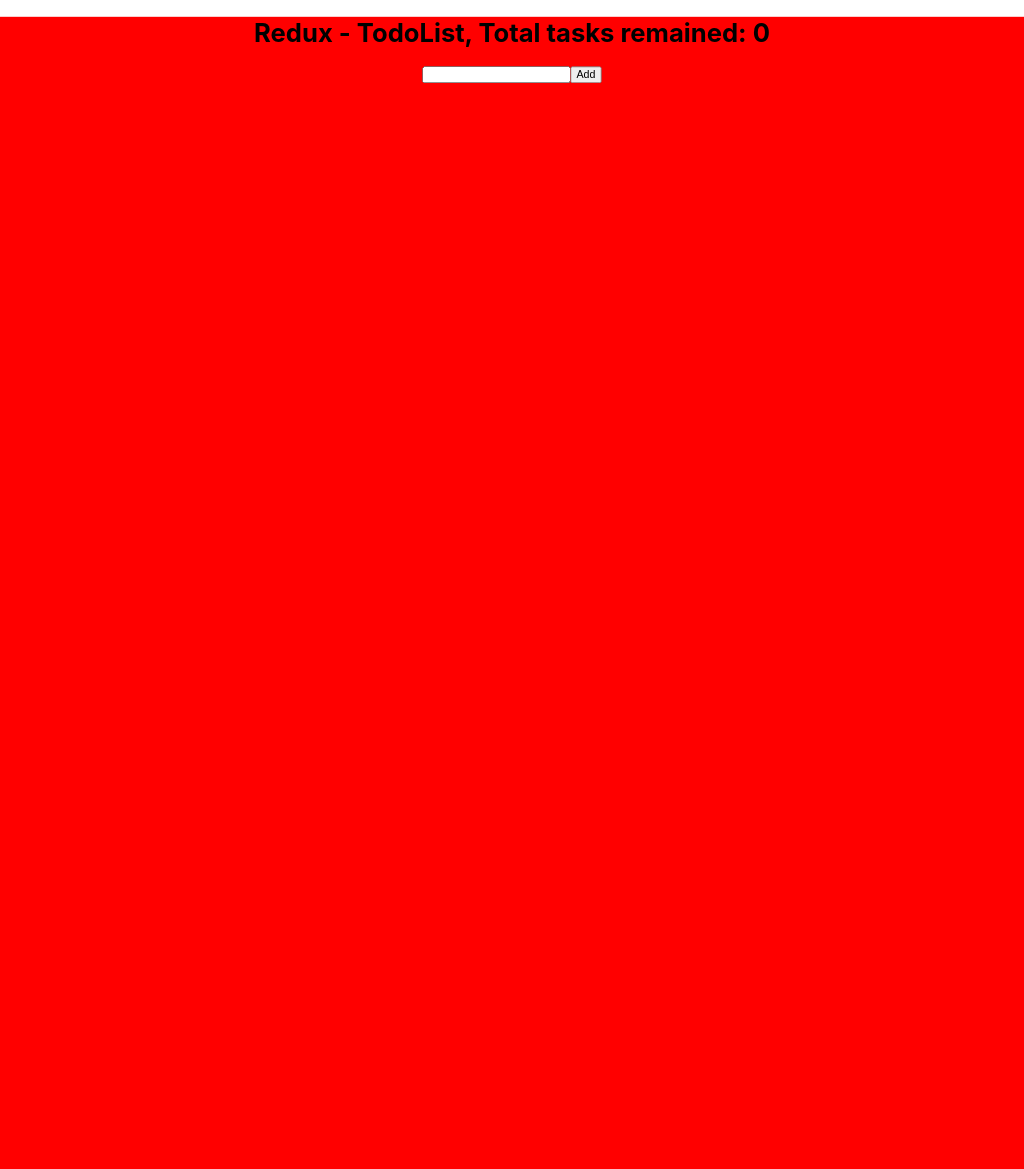
Repository: BhanuKaukuntla/TodoApp
Page: /
These files come from the project's save history. The page is drawn as it stood at one moment and after the next save; the edit follows.
The browser window is 1280 px wide. The pictures show the whole page, at 80% of full size.
The project was rebuilt for these pictures with package versions that can differ from the ones it lists, and the page was loaded fresh each time. Also part of the build but not shown: src/components/TodoItem/TodoItem.js.

Above is the page before, as saved 2021-12-01 09:55:29.

### src/index.js
import React from "react";
import ReactDOM from "react-dom";
import "./index.css";
import App from "./App";
import { Provider } from "react-redux";
import store from "./store";
import { PersistGate } from "redux-persist/integration/react";
import { persistor } from "./store";

ReactDOM.render(
  <React.StrictMode>
    <Provider store={store}>
      <PersistGate persistor={persistor}>
        <App />
      </PersistGate>
    </Provider>
  </React.StrictMode>,
  document.getElementById("root")
);

### src/index.css
body {
  margin: 0;
  font-family: -apple-system, BlinkMacSystemFont, "Segoe UI", "Roboto", "Oxygen",
    "Ubuntu", "Cantarell", "Fira Sans", "Droid Sans", "Helvetica Neue",
    sans-serif;
  -webkit-font-smoothing: antialiased;
  -moz-osx-font-smoothing: grayscale;
}

code {
  font-family: source-code-pro, Menlo, Monaco, Consolas, "Courier New",
    monospace;
}
.App {
  text-align: center;
  background-color: red;
  height: 200vh;
}

### src/App.js
import AddTodo from "./components/AddTodo/AddTodo";
import TodoList from "./components/TodoList/TodoList";
import { useSelector } from "react-redux";
function App() {
  const taskobj = useSelector((state) => state.todos.data);
  return (
    <div className='App'>
      <h1>Redux - TodoList, Total tasks remained: {taskobj.length}</h1>
      <AddTodo />
      <TodoList />
    </div>
  );
}

export default App;

### src/store.js
import { createStore } from "redux";
import rootReducer from "./reducers";
import { persistStore, persistReducer } from "redux-persist";
import storage from "redux-persist/lib/storage";

const persistConfig = {
  key: "root",
  storage,
};

const persistedReducer = persistReducer(persistConfig, rootReducer);

const store = createStore(
  persistedReducer,
  window.__REDUX_DEVTOOLS_EXTENSION__ && window.__REDUX_DEVTOOLS_EXTENSION__()
);

export const persistor = persistStore(store);

export default store;

### src/components/AddTodo/AddTodo.js
import React, { useState } from "react";
import { useDispatch } from "react-redux";
import { addTodo } from "../../actions";
import cuid from "cuid";

const AddTodo = () => {
  const [tasks, setTasks] = useState("");
  const dispatch = useDispatch();
  function handleInputChange(e) {
    setTasks(e.target.value);
    console.log(tasks);
  }
  function handleFormSubmit(e) {
    e.preventDefault();
    dispatch(addTodo({ task: tasks, id: cuid() }));
    e.target.userInput.value = "";
    console.log(tasks);
  }
  return (
    <form onSubmit={handleFormSubmit}>
      <input
        type='text'
        name='userInput'
        onChange={(e) => handleInputChange(e)}
      />
      <button type='submit'>Add</button>
    </form>
  );
};

export default AddTodo;

### src/components/TodoList/TodoList.js
import React from "react";
import TodoItem from "../TodoItem/TodoItem";
import { useSelector } from "react-redux";

const TodoList = () => {
  const taskobj = useSelector((state) => state.todos.data);
  const taskItems = taskobj.map((task) => {
    return <TodoItem task={task} key={task.id} />;
  });

  return <div>{taskItems}</div>;
};

export default TodoList;

### src/reducers/index.js
import { combineReducers } from "redux";
import todos from "./todos";

const rootReducer = combineReducers({
  todos,
});
export default rootReducer;

### src/actions/index.js
import { ADD_TODO, DELETE_TODO, UPDATE_TODO } from "./types";

export const addTodo = (message) => ({
  type: ADD_TODO,
  message,
});

export const deleteTodo = (id) => ({
  type: DELETE_TODO,
  id,
});

export const updateTodo = ({ message, id }) => ({
  type: UPDATE_TODO,
  message,
  id,
});

### src/reducers/todos.js
const initialState = {
  data: [],
};

const todos = (state = initialState, action) => {
  switch (action.type) {
    case "ADD_TODO":
      return {
        ...state,
        data: [...state.data, action.message],
      };
    case "DELETE_TODO":
      return {
        ...state,
        data: [...state.data.filter((todo) => todo.id !== action.id)],
      };
    case "UPDATE_TODO":
      return {
        ...state,
        data: [
          ...state.data.filter((todo) => todo.id !== action.id),
          { task: action.message, id: action.id },
        ],
      };
    default:
      return state;
  }
};

export default todos;

### src/actions/types.js
export const ADD_TODO = "ADD_TODO";
export const DELETE_TODO = "DELETE_TODO";
export const UPDATE_TODO = "UPDATE_TODO";

Loaded but not shown: public/index.html (common file)

After the next save:
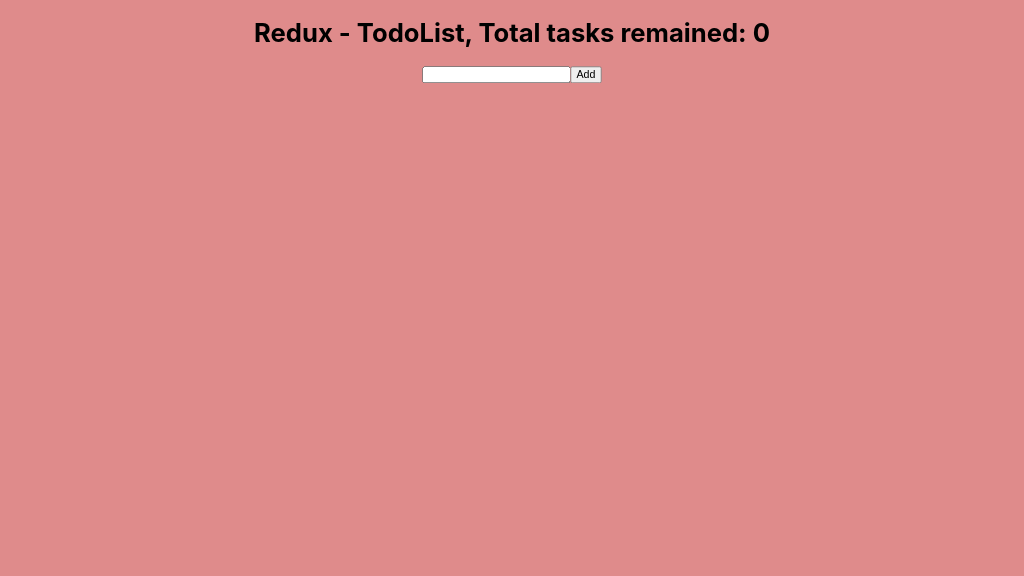
Saved 64 s later.
--- a/src/index.css
+++ b/src/index.css
@@ -13,6 +13,11 @@ code {
 }
 .App {
   text-align: center;
-  background-color: red;
   height: 200vh;
+  /* background-color: #e77a7a; */
+  background-color: #df8b8b;
+  margin-top: 0%;
+  position: fixed;
+  width: 100%;
+  overflow-y: scroll;
 }
